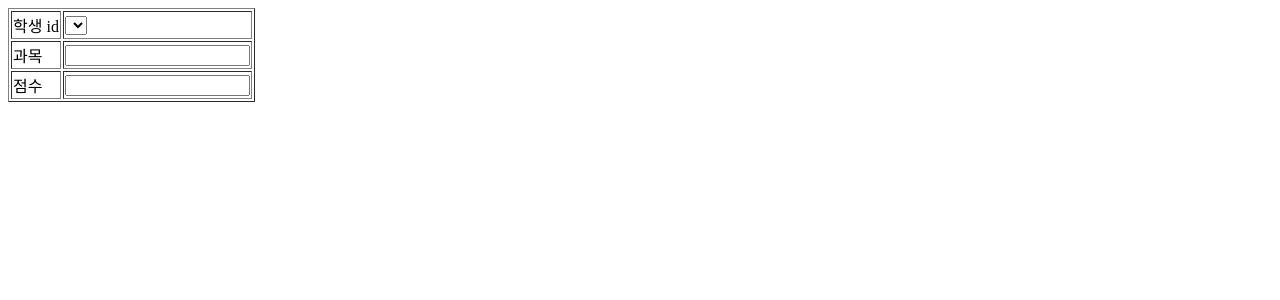
Repository: SynCROSS/jsp-example
Page: http://localhost/jsp-example/example3.jsp
These files come from the project's save history. The page is drawn as it stood at one moment and after the next save; the edit follows.
The browser window is 1280 px wide. The pictures show the whole page.
The page is served by Tomcat 9. Queries for data that is not in the repository find no rows.

Above is the page before, as saved 2020-11-27 00:12:18.

### jsp-example/WebContent/example3.jsp
<%@ page language="java" contentType="text/html; charset=UTF-8"
	pageEncoding="UTF-8"%>

<%@ page import="java.sql.*"%>

<table border="1">
	<form action="action/insert.jsp">
		<%
			try {
			Class.forName("oracle.jdbc.OracleDriver");
			Connection conn = DriverManager.getConnection("jdbc:oracle:thin:@//122.128.169.32:1521/xe", "smc_user_4", "1234");

			Statement stmt = conn.createStatement();
			String query = " SELECT " + " id, " + " FROM " + " student ";
			ResultSet rs = stmt.executeQuery(query);
		%>
		<tr>
			<td>학생 id</td>
			<td><select name="id">
					<%
						while (rs.next()) {
					%>
					<option value="<%=rs.getInt(1)%>"><%=rs.getInt(1)%></option>
					<%
						}
					%>
			</select></td>
		</tr>
		<tr>
			<td>과목</td>
			<td><input type="text"></td>
		</tr>
		<tr>
			<td>점수</td>
			<td><input type="number"></td>
		</tr>
		<%
			stmt.close();
		conn.commit();
		conn.close();
		} catch (Exception e) {
		e.printStackTrace();
		}
		%>
	</form>
</table>

After the next save:
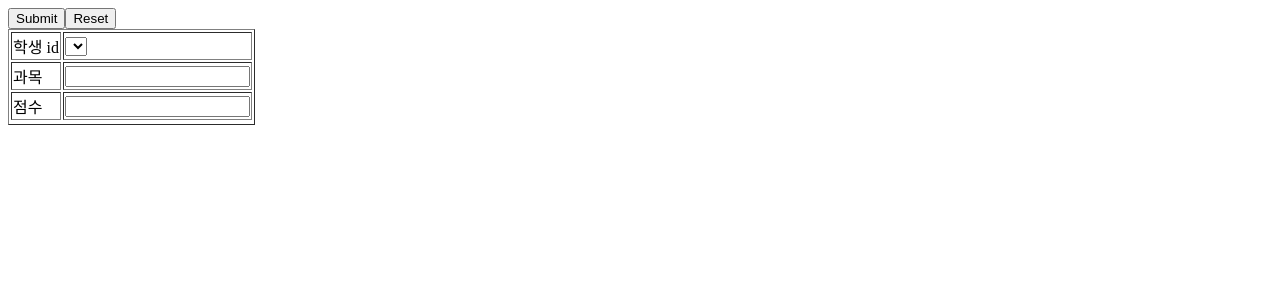
Saved 72 s later.
--- a/jsp-example/WebContent/example3.jsp
+++ b/jsp-example/WebContent/example3.jsp
@@ -34,6 +34,10 @@
 			<td>점수</td>
 			<td><input type="number"></td>
 		</tr>
+		<tr colspan="2">
+			<input type="submit" value="Submit">
+			<input type="button" value="Reset">
+		</tr>
 		<%
 			stmt.close();
 		conn.commit();
